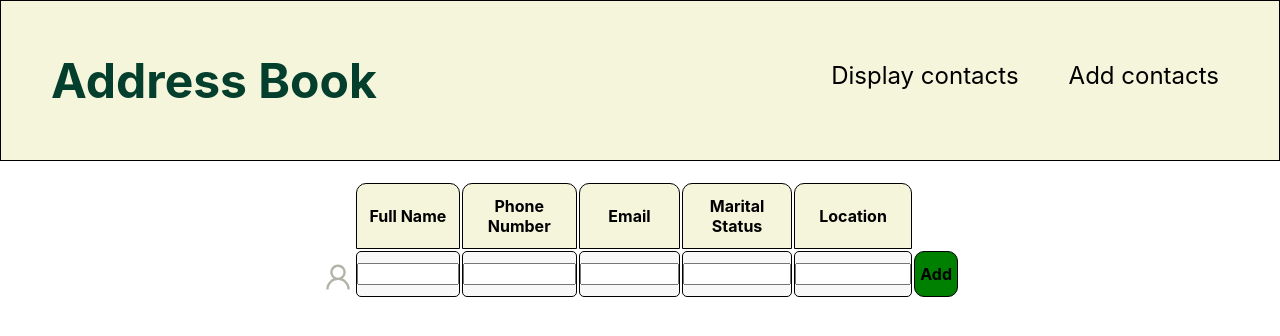
Repository: jatannoury/Address-Book
Page: /add_contact
These files come from the project's save history. The page is drawn as it stood at one moment and after the next save; the edit follows.
The browser window is 1280 px wide. The pictures show the whole page.
The project was rebuilt for these pictures with package versions that can differ from the ones it lists, and the page was loaded fresh each time. Also part of the build but not shown: src/components/Email.js, src/components/Password.js, src/components/Login.js, src/components/Username.js, src/components/SignUp.js, src/components/Table.js, src/components/Contacts.js.

Above is the page before, as saved 2022-06-25 23:44:14.

After the next save:
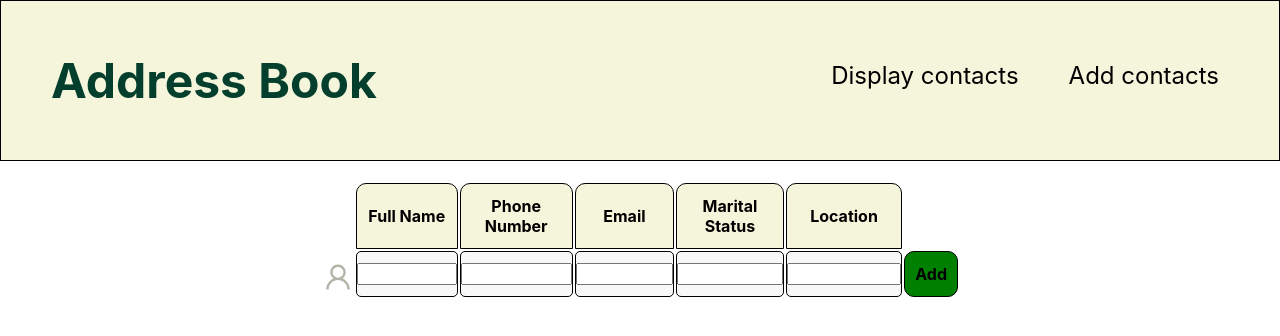
Saved 6 s later.
--- a/src/App.css
+++ b/src/App.css
@@ -195,6 +195,6 @@ th:first-child {
   border-radius: 10px;
   background-color: green;
   cursor: pointer;
-  padding-left: 5px;
-  padding-right: 5px;
-}
+  padding-left: 10px;
+  padding-right: 10px;
+}
